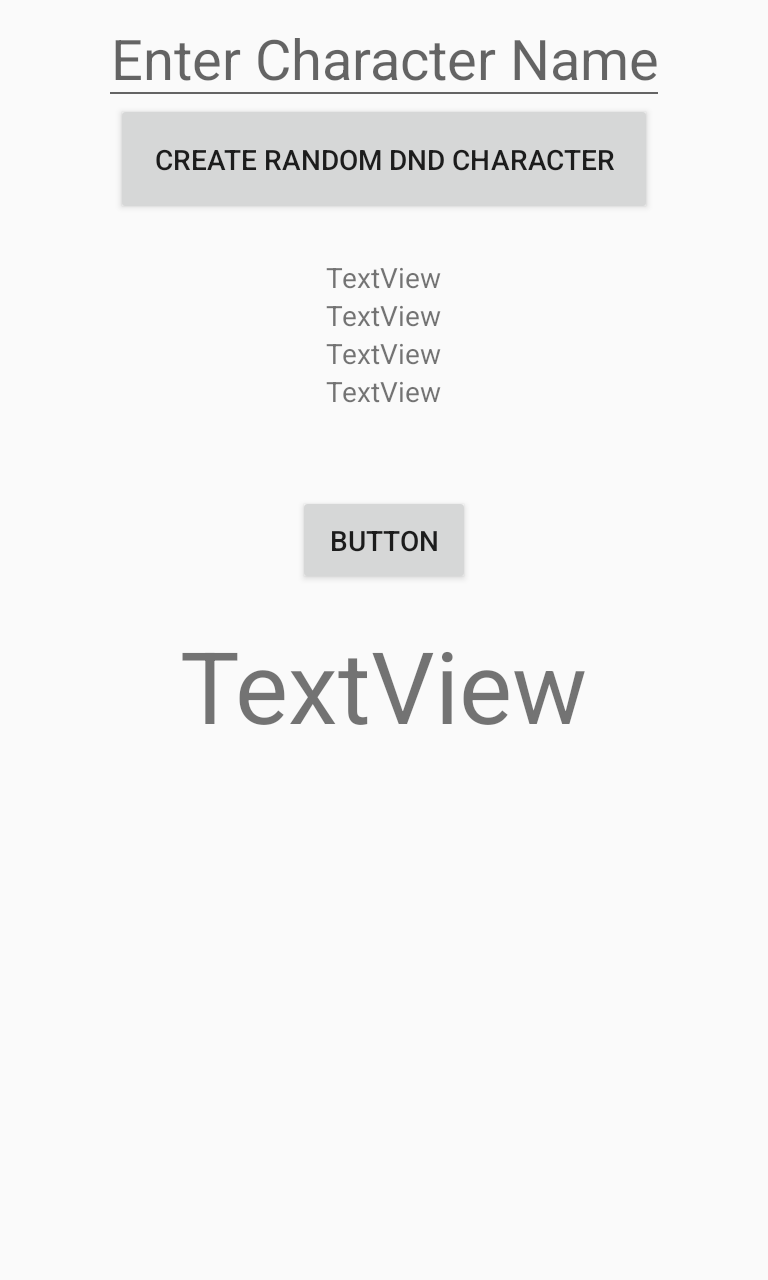
Repository: Vortelf/DnDAndroid
Layout: BuildApp/DnD/res/layout/activity_random_char.xml
An editor plug-in stored every save of this project. The layout is shown before and after the next save, followed by the edit.
It is drawn on a 768 x 1280 px phone screen (xhdpi) without system bars, with theme AppTheme; the app's code is not run.

Above is the layout before, as saved 2014-11-09 03:30:06.

### BuildApp/DnD/res/layout/activity_random_char.xml
<RelativeLayout xmlns:android="http://schemas.android.com/apk/res/android"
    xmlns:tools="http://schemas.android.com/tools"
    android:id="@+id/Char"
    android:layout_width="match_parent"
    android:layout_height="match_parent"

    tools:context="vortelf.dnd.RandomCharActivity" >

<ScrollView
    android:layout_width="match_parent"
    android:layout_height="match_parent" >

	<RelativeLayout
	    android:id="@+id/RandomScroll"
	    android:layout_width="match_parent"
	    android:layout_height="match_parent"
	    android:orientation="vertical" >

	    <EditText
	        android:id="@+id/inputCharName"
	        android:layout_width="wrap_content"
	        android:layout_height="wrap_content"
	        android:layout_centerHorizontal="true"
	        android:gravity="center_horizontal"
	        android:textSize="28sp"
	        android:hint="@string/inputCharName" />

	    <Button
	        android:id="@+id/RandomButton"
	        android:layout_width="wrap_content"
	        android:layout_height="wrap_content"
	        android:layout_alignParentTop="true"
	        android:layout_centerHorizontal="true"
	        android:layout_marginTop="50dp"
	        android:gravity="center_horizontal"
	        android:padding="20dp"
	        android:text="@string/random_button" />

	    <TextView
	        android:id="@+id/CharName"
	        android:layout_width="wrap_content"
	        android:layout_height="wrap_content"
	        android:layout_below="@+id/RandomButton"
	        android:layout_centerHorizontal="true"
	        android:layout_marginTop="20dp"
	        android:text="TextView" />

	    <TextView
	        android:id="@+id/CharStats"
	        android:layout_width="wrap_content"
	        android:layout_height="wrap_content"
	        android:layout_below="@+id/CharName"
	        android:layout_centerHorizontal="true"
	        android:text="TextView" />

	    <TextView
	        android:id="@+id/AbiMod"
	        android:layout_width="wrap_content"
	        android:layout_height="wrap_content"
	        android:layout_below="@+id/CharStats"
			android:layout_centerHorizontal="true"
	        android:text="TextView" />

	    <TextView
	        android:id="@+id/RaceNClass"
	        android:layout_width="wrap_content"
	        android:layout_height="wrap_content"
	        android:layout_below="@+id/AbiMod"
			android:layout_centerHorizontal="true"
	        android:text="TextView" />


	    <TextView
	        android:id="@+id/Roller"
	        android:layout_width="wrap_content"
	        android:layout_height="wrap_content"
	        android:layout_below="@+id/RaceNClass"
	        android:layout_centerHorizontal="true"
	        android:layout_marginTop="104dp"
	        android:text="TextView"
	        android:textSize="50sp" />



	    <Button
	        android:id="@+id/SwitchActivity"
	        android:layout_width="wrap_content"
	        android:layout_height="wrap_content"
	        android:layout_below="@+id/RaceNClass"
	        android:layout_centerHorizontal="true"
	        android:layout_marginTop="41dp"
	        android:text="Button" />

	</RelativeLayout>
</ScrollView>
</RelativeLayout>

### BuildApp/DnD/res/values/strings.xml
<?xml version="1.0" encoding="utf-8"?>
<resources>

    <string name="app_name">DnD</string>
    <string name="action_settings">About</string>
    <string name="random_button">Create Random DnD Character</string>
    <string name="inputCharName">Enter Character Name</string>
    <string name="title_activity_main">MainActivity</string>
    <string name="title_RandomSelection">Create Random Character</string>
    <string name="title_CustomSelection">Create Custom Character</string>
    <string name="title_DiceRollSelection">Dice Roller</string>
    <string name="navigation_drawer_open">Open navigation drawer</string>
    <string name="navigation_drawer_close">Close navigation drawer</string>
    <string name="action_example">Example action</string>
    <string name="title_activity_custom_char">CustomCharActivity</string>
    <string name="hello_world">Hello world!</string>
    <string name="title_activity_dice_roll">DiceRollActivity</string>
    <string name="extend">This is something that is supposed to be very long and extendive</string>
    <string name="title_section1">Selection 1</string>
    <string name="title_section2">Selection 2</string>
    <string name="title_section3">Selection 3</string>
    <string name="title_activity_about"></string>
    <string name="about_foot">Made for HackFMI 4</string>
    <string name="AppName">Dungeons and Dragons</string>

</resources>

Loaded but not shown: BuildApp/DnD/res/values/styles.xml (common file); BuildApp/DnD/res/values-v11/styles.xml (common file); BuildApp/DnD/res/values-v14/styles.xml (common file)

After the next save:
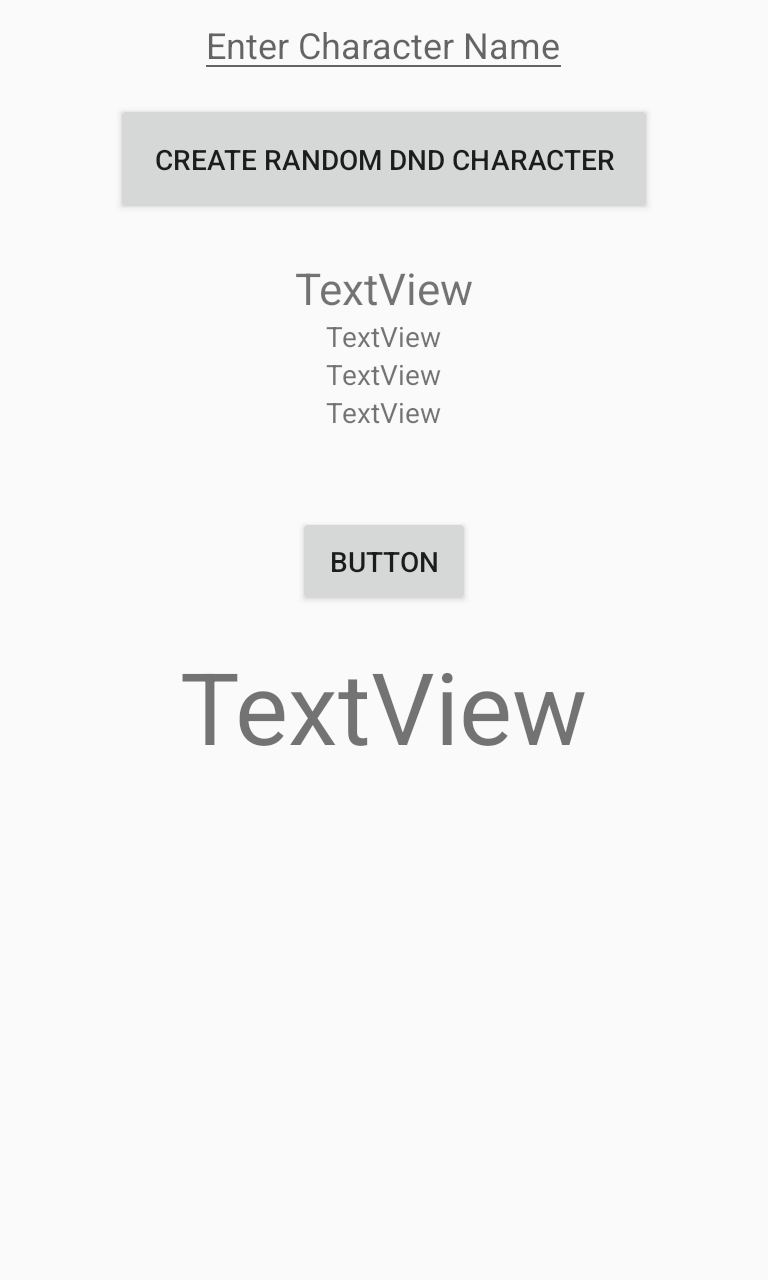
Saved 46 s later.
--- a/BuildApp/DnD/res/layout/activity_random_char.xml
+++ b/BuildApp/DnD/res/layout/activity_random_char.xml
@@ -22,7 +22,6 @@
 	        android:layout_height="wrap_content"
 	        android:layout_centerHorizontal="true"
 	        android:gravity="center_horizontal"
-	        android:textSize="28sp"
 	        android:hint="@string/inputCharName" />
 
 	    <Button
@@ -43,6 +42,7 @@
 	        android:layout_below="@+id/RandomButton"
 	        android:layout_centerHorizontal="true"
 	        android:layout_marginTop="20dp"
+	        android:textSize="22sp"
 	        android:text="TextView" />
 
 	    <TextView
